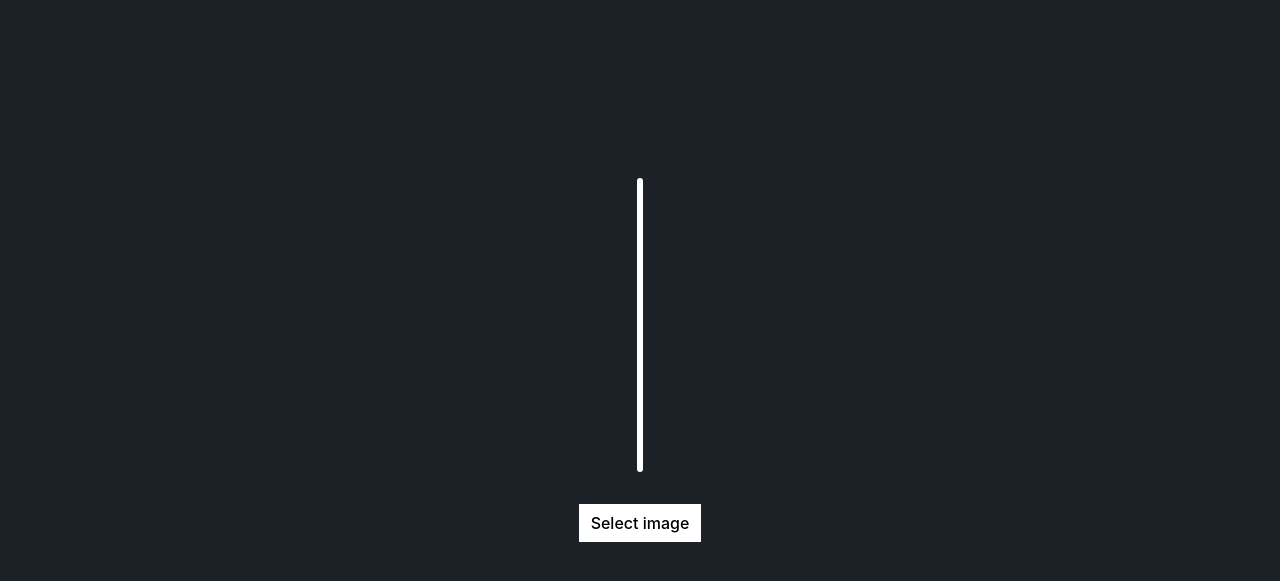
Repository: StephaneCash/Reconnaissance_Immatriculation_Plate
Page: /
These files come from the project's save history. The page is drawn as it stood at one moment and after the next save; the edit follows.
The browser window is 1280 px wide. The pictures show the whole page.
The project was rebuilt for these pictures with package versions that can differ from the ones it lists, and the page was loaded fresh each time.

Above is the page before, as saved 2021-11-22 01:13:44.

After the next save:
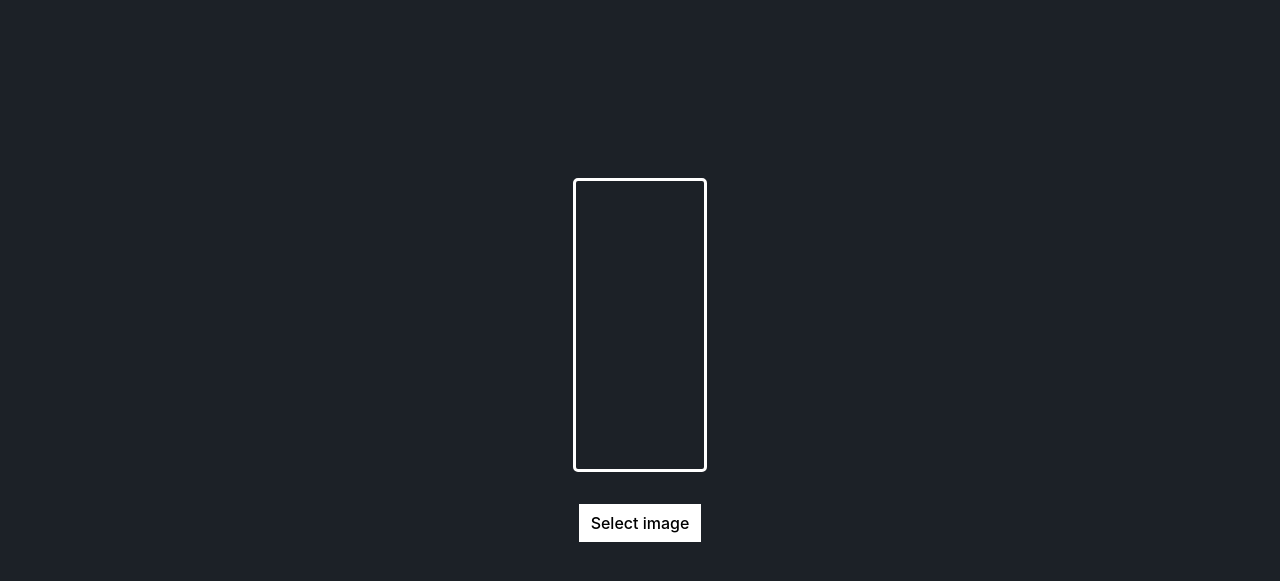
Saved 10 s later.
--- a/src/App.css
+++ b/src/App.css
@@ -29,7 +29,7 @@
 }
 
 .objdetect {
-  width: auto;
+  width: 10%;
   height: 40vh;
   border: 3px solid #fff;
   border-radius: 5px;
